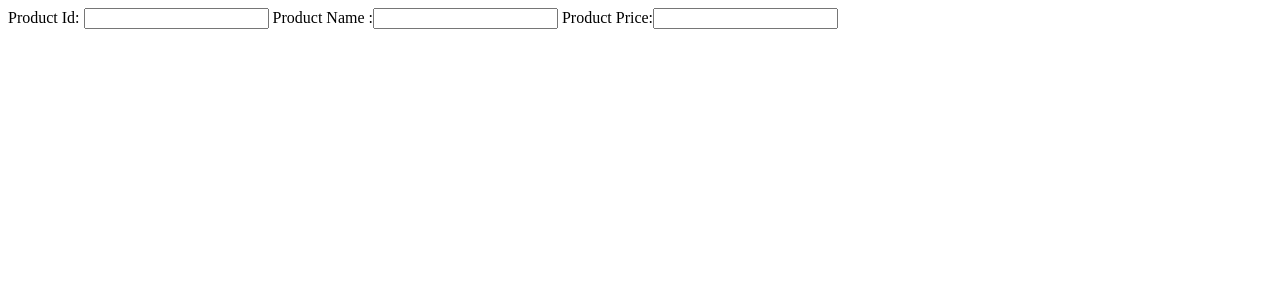
Repository: SakshiTiwari28/Java-Assignment
Page: RestFul/TrivagoHotel/WebContent/addProduct.html
The author's editor kept a copy of each file at every save. The page is drawn from the files as they stood at one save, then again after the next save.
The browser window is 1280 px wide. The pictures show the whole page.

Above is the page before, as saved 2019-07-25 19:44:43.

After the next save:
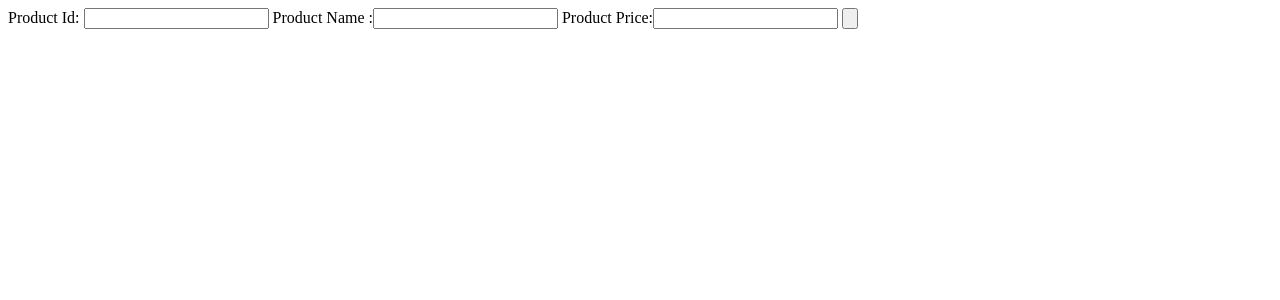
Saved 16 s later.
--- a/RestFul/TrivagoHotel/WebContent/addProduct.html
+++ b/RestFul/TrivagoHotel/WebContent/addProduct.html
@@ -6,9 +6,10 @@
 </head>
 <body>
 <form method="post">
-Product Id: <input type="number" name="id">
+Product Id:   <input type="number" name="id">
 Product Name :<input type="number" name="id">
 Product Price:<input type="number" name="id">
+<input type="button">
 </form>
 
 </body>
